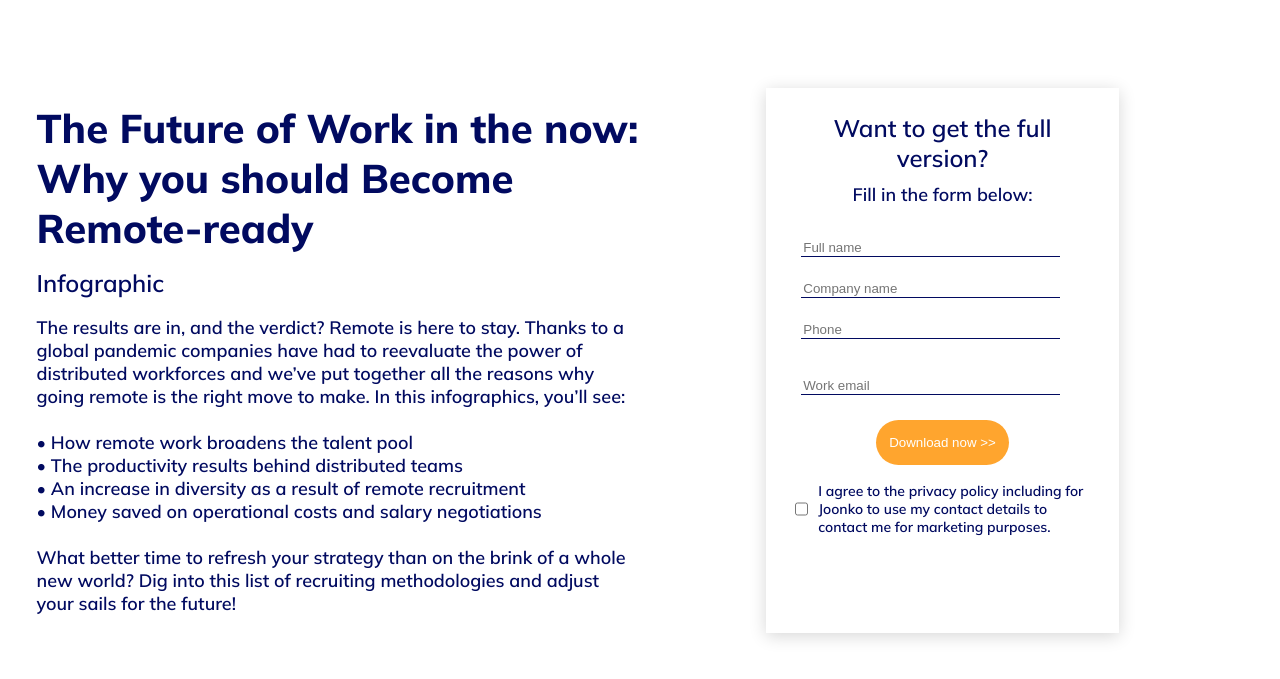
Repository: zivmorad/joonko-form
Page: /
The author's editor kept a copy of each file at every save. The page is drawn from the files as they stood at one save, then again after a run of saves.
The browser window is 1280 px wide. The pictures show the whole page.
The project was rebuilt for these pictures with package versions that can differ from the ones it lists, and the page was loaded fresh each time.

Above is the page before, as saved 2021-08-03 12:41:16.

After the next 2 saves:
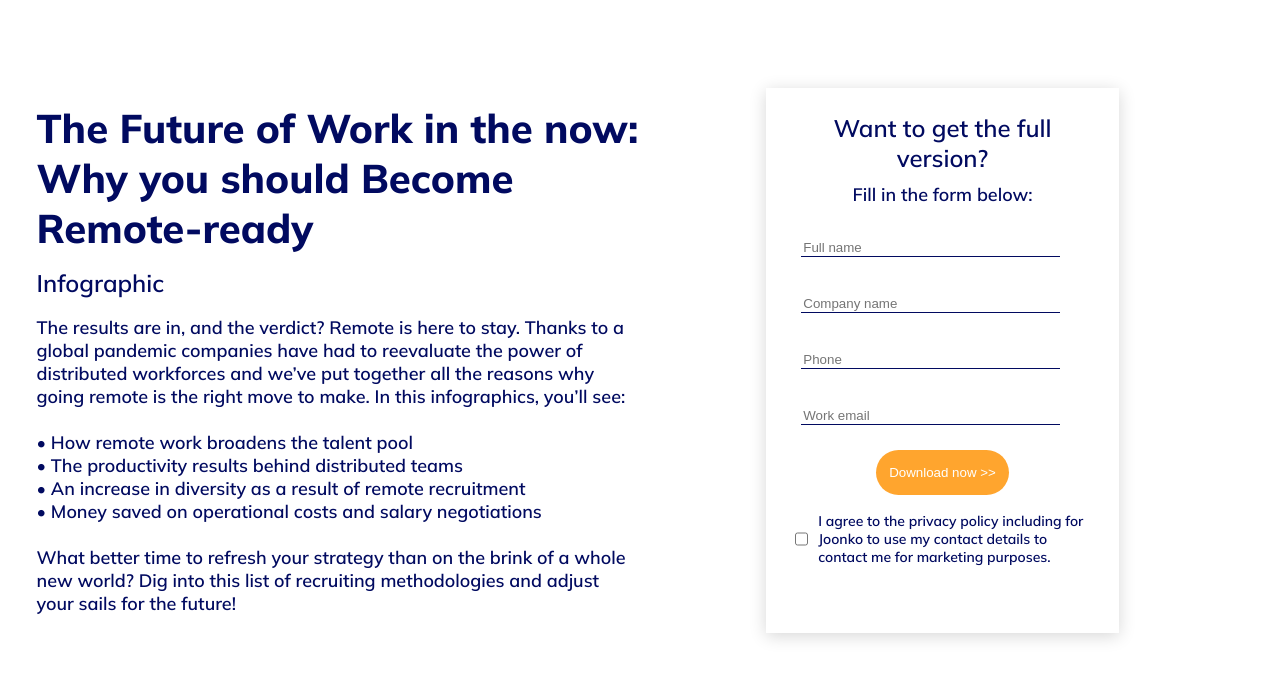
The 2 saves are shown as one change because they came seconds apart.
The last was saved 59 s later.
--- a/src/App.js
+++ b/src/App.js
@@ -120,6 +120,7 @@ const App = () => {
 									onChange={onChangeFormValues}
 									value={formValues.fullName}
 								/>
+								<div className={`error ${errors.email ? 'error-active' : ''}`}>{errors.email}</div>
 							</div>
 							<div className="input-wrapper">
 								<input
@@ -131,6 +132,7 @@ const App = () => {
 									onChange={onChangeFormValues}
 									value={formValues.companyName}
 								/>
+								<div className={`error ${errors.email ? 'error-active' : ''}`}>{errors.email}</div>
 							</div>
 							<div className="input-wrapper">
 								<input
